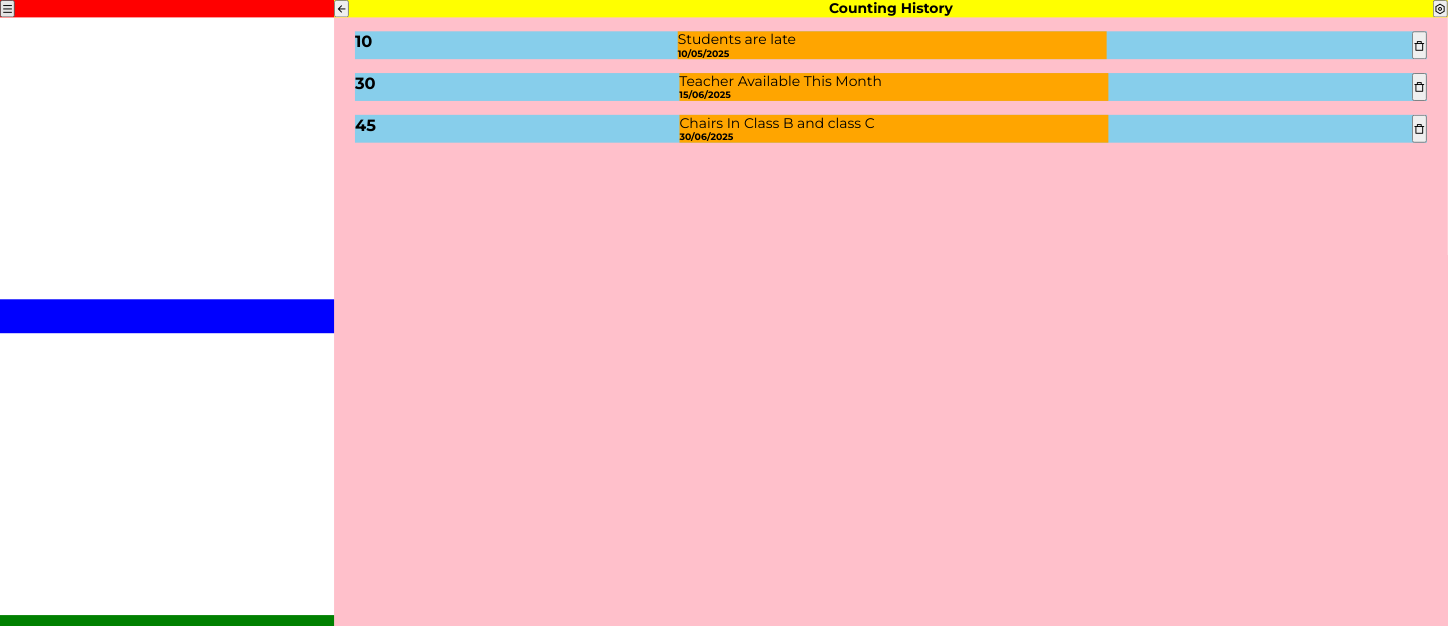
Repository: EguJaredoBoyd/Jared-Counter-App
Page: index.html
The author's editor kept a copy of each file at every save. The page is drawn from the files as they stood at one save, then again after the next save.
The browser window is 1280 px wide. The page is 1664 px wide, so the pictures cover 1664 px, including what lies to the right of the window. The pictures show the whole page, at 87% of full size.
After loading, the first visible `#toggle-button` was clicked once.

Above is the page before, as saved 2025-11-27 00:03:22.

### index.html
<!DOCTYPE html>
<html lang="en">

<head>
    <meta charset="UTF-8">
    <meta name="viewport" content="width=device-width, initial-scale=1.0">
    <title>Document</title>
    <link rel="preconnect" href="https://fonts.googleapis.com">
    <link rel="preconnect" href="https://fonts.gstatic.com" crossorigin>
    <link href="https://fonts.googleapis.com/css2?family=Montserrat:ital,wght@0,100..900;1,100..900&display=swap"
        rel="stylesheet">
    <link href="https://cdn.jsdelivr.net/npm/remixicon@4.2.0/fonts/remixicon.css" rel="stylesheet">
    <link rel="stylesheet" href="style.css">
    <script src="script.js" defer></script>
    <script src="toggle-script.js" defer></script>
</head>

<body id="body">
    <header>
        <button id="toggle-button"><i class="ri-menu-line"></i></button>
        <div class="header__button__ul--toggle-list" id="toggle-list">
            <div class="header__div__ul--header">
                <button id="toggle-button-close"><i class="ri-arrow-left-line"></i></button>
                <h4>Counting History</h4>
                <button><i class="ri-settings-line"></i></button>
            </div>
            <ul>
                <li>
                    <h3>10</h3>
                    <div class="li__div--content">
                        <p>Students are late</p>
                        <h6>
                            10/05/2025
                        </h6>
                    </div>
                    <button><i class="ri-delete-bin-7-line"></i></button>
                </li>
                <li>
                    <h3>30</h3>
                    <div class="li__div--content">
                        <p>Teacher Available This Month</p>
                        <h6>15/06/2025</h6>
                    </div>
                    <button><i class="ri-delete-bin-7-line"></i></button>
                </li>
                <li>
                    <h3>45</h3>
                    <div class="li__div--content">
                        <p>Chairs In Class B and class C</p>
                        <h6>30/06/2025</h6>
                    </div>
                    <button><i class="ri-delete-bin-7-line"></i></button>
                </li>
            </ul>
        </div>
        <button id="reset"><i class="ri-refresh-line"></i></button>
        <button><i class="ri-save-line"></i></i></button>
    </header>

    <main>
        <p id="start-count">0</p>
        <button id="decrement"><i class="ri-subtract-line"></i></button>
        <button id="increment"><i class="ri-add-large-line"></i></button>
    </main>

    <footer>
        <h6>JARED COUNTER APP</h6>
    </footer>







</body>

</html>

### style.css
* {
    padding: 0;
    margin: 0;
    box-sizing: border-box;
    font-family: "Montserrat", sans-serif;

}

:root {
    --primary-color: #0d1b2a;
    --secondary-color: #e0e1dd;
}

body {
    display: flex;
    flex-direction: column;
    height: 100vh;
    justify-content: space-between;
}

header {
    display: flex;
    justify-content: space-between;
    background-color: red;
}

.header__button__ul--toggle-list {
    background-color: pink;
    display: none;
    transition: transform 5s;
}

.header__button__ul--toggle-list.show {
    display: block;
    position: absolute;
    top: 0;
    right: 0;
    left: 0;
    bottom: 0;
    transform: translate(30%);
}

.header__div__ul--header {
    display: flex;
    justify-content: space-between;
    background-color: yellow;
}

li {
    display: flex;
    justify-content: space-between;
    margin: 1rem 1.5rem;
    gap: 5rem;
    background-color: skyblue;
}

.li__div--content {
    text-justify: inter-word;
    background-color: orange;
    width: 100%;
    max-width: 40%;
}

main {
    text-align: center;
    background-color: blue;
}

footer {
    text-align: center;
    background-color: green;
}

### script.js
//Get the last number clicked
let numberCount = Number(localStorage.getItem('increment')) || 0;

//Get last button clicked once the browser loads
let savedColor = localStorage.getItem('color');
let savedColor2 = localStorage.getItem('color2');
let savedColor3 = localStorage.getItem('color3')

let numberIncrement = document.querySelector('#increment');
let numberDecrement = document.getElementById('decrement');
let numberReset = document.querySelector('#reset');
let startCount = document.getElementById('start-count');

//Loads the the page with the last clicked number
startCount.textContent = numberCount;

//Uses the saved colour as a variable for the string 'red'
if (savedColor) {
    numberIncrement.style.backgroundColor = savedColor;
}
if (savedColor2) {
    numberDecrement.style.backgroundColor = savedColor2
}
if (savedColor3) {
    numberReset.style.backgroundColor = savedColor3;
}



numberIncrement.addEventListener('click', () => {
    let incrementColor = numberIncrement.style.backgroundColor = 'red';

    //Reset the other button colours
    numberDecrement.style.background = '';
    numberReset.style.background = '';

    //Save the color so it reminds user of last button clicked
    localStorage.setItem('color', incrementColor)
    //Remove colour storage for other buttons
    localStorage.removeItem('color2')
    localStorage.removeItem('color3')

    let counting = startCount.textContent = numberCount += 1;
    if (counting > 0) {
        startCount.style.color = 'green'
    }
    else if (counting === 0) {
        startCount.style.color = 'black';
    }
    if (numberCount < 0) {
        startCount.style.color = 'red'
    }

    //Save the number count to the localStorage
    localStorage.setItem('increment', numberCount);

})
numberDecrement.addEventListener('click', () => {
    let decrementColor = numberDecrement.style.backgroundColor = 'yellow';

    //Reset the other button colours
    numberIncrement.style.backgroundColor = '';
    numberReset.style.backgroundColor = '';

    //Save the color so it reminds user of last button clicked
    localStorage.setItem('color2', decrementColor)
    //Remove colour storage for other buttons
    localStorage.removeItem('color');
    localStorage.removeItem('color3')

    let negativeCounting = startCount.textContent = numberCount -= 1;
    if (negativeCounting < 0) {
        startCount.style.color = 'red'
    }
    else if (negativeCounting === 0) {
        startCount.style.color = 'black'
    }
    localStorage.setItem('increment', numberCount);
})
numberReset.addEventListener('click', () => {
    let resetColor = numberReset.style.backgroundColor = 'Blue';

    //Reset the other button colours
    numberIncrement.style.backgroundColor = '';
    numberDecrement.style.backgroundColor = '';

    //Save the color so it reminds user of last button clicked
    localStorage.setItem('color3', resetColor)
    //Remove colour storage for other buttons
    localStorage.removeItem('color');
    localStorage.removeItem('color2');

    let resetCounting = startCount.textContent = numberCount = 0;
    if (resetCounting === 0) {
        startCount.style.color = 'black'
    }
    localStorage.setItem('increment', numberCount);
})

### toggle-script.js
//Target the toggle button
let toggleButton = document.getElementById('toggle-button');
let toggleList = document.getElementById('toggle-list');
let toggleButtonClose = document.getElementById('toggle-button-close');

//Toggle the button to show the list
toggleButton.addEventListener('click', () => {
    toggleList.classList.toggle('show');
})

//Toggle the close button to remove list
toggleButtonClose.addEventListener('click', () => {
    toggleList.classList.toggle('show');
})

After the next save:
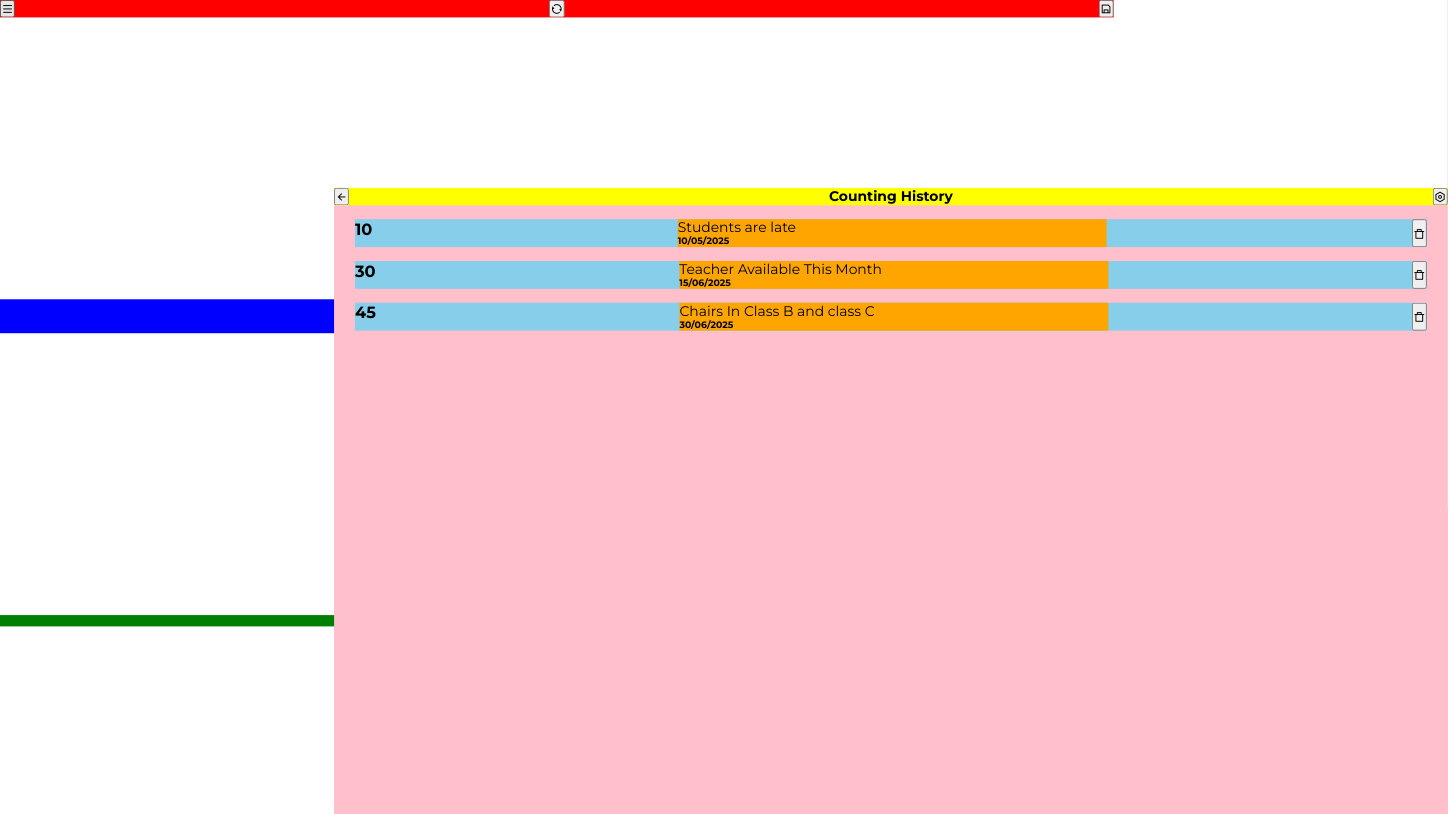
Saved 14 s later.
--- a/style.css
+++ b/style.css
@@ -37,7 +37,7 @@
     right: 0;
     left: 0;
     bottom: 0;
-    transform: translate(30%);
+    transform: translate(30%, 30%);
 }
 
 .header__div__ul--header {

After the save that followed:
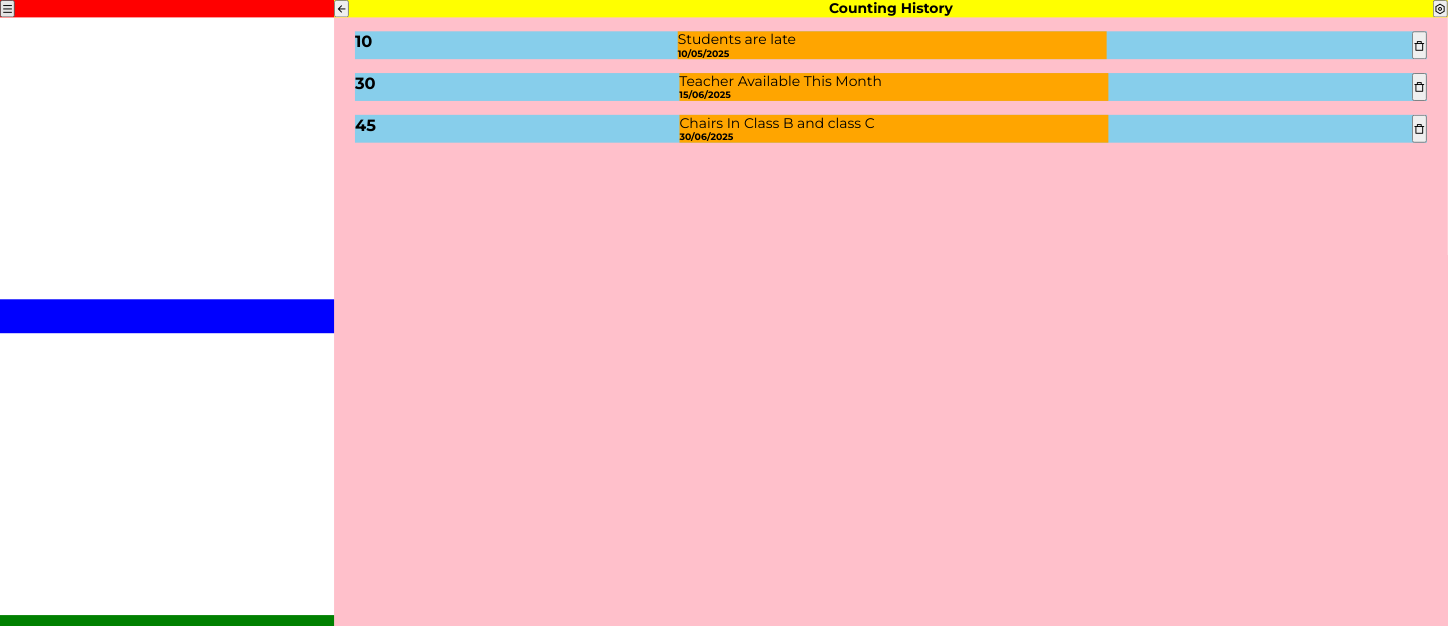
Saved 20 s later.
--- a/style.css
+++ b/style.css
@@ -37,7 +37,7 @@
     right: 0;
     left: 0;
     bottom: 0;
-    transform: translate(30%, 30%);
+    transform: translateX(30%);
 }
 
 .header__div__ul--header {
